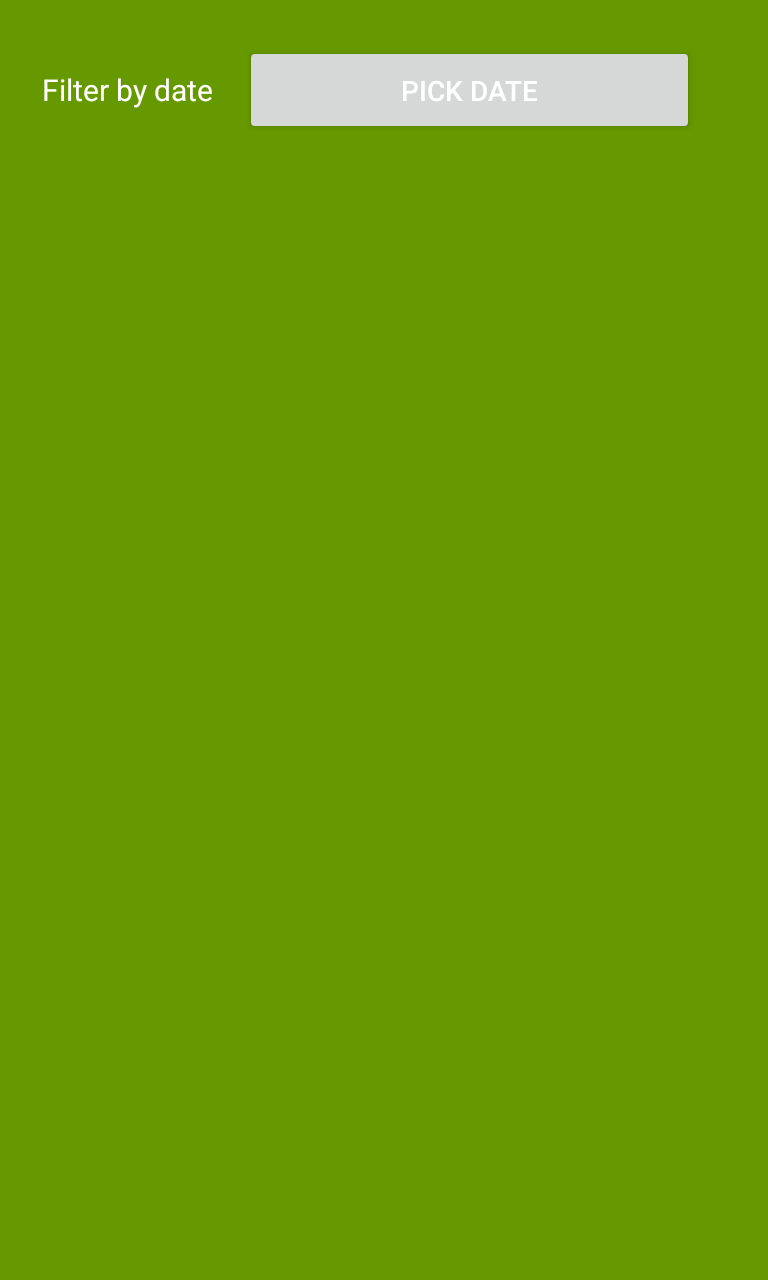
Repository: bwoldemi/LilyTrans
Layout: TransLily/res/layout/activity_my_post_rides.xml
The author's editor kept a copy of each file at every save. The layout is drawn from the files as they stood at one save, then again after the next save.
It is drawn on a 768 x 1280 px phone screen (xhdpi) without system bars, with theme AppTheme; the app's code is not run. Lists and similar views that code fills are empty.

Above is the layout before, as saved 2014-11-09 16:22:43.

After the next save:
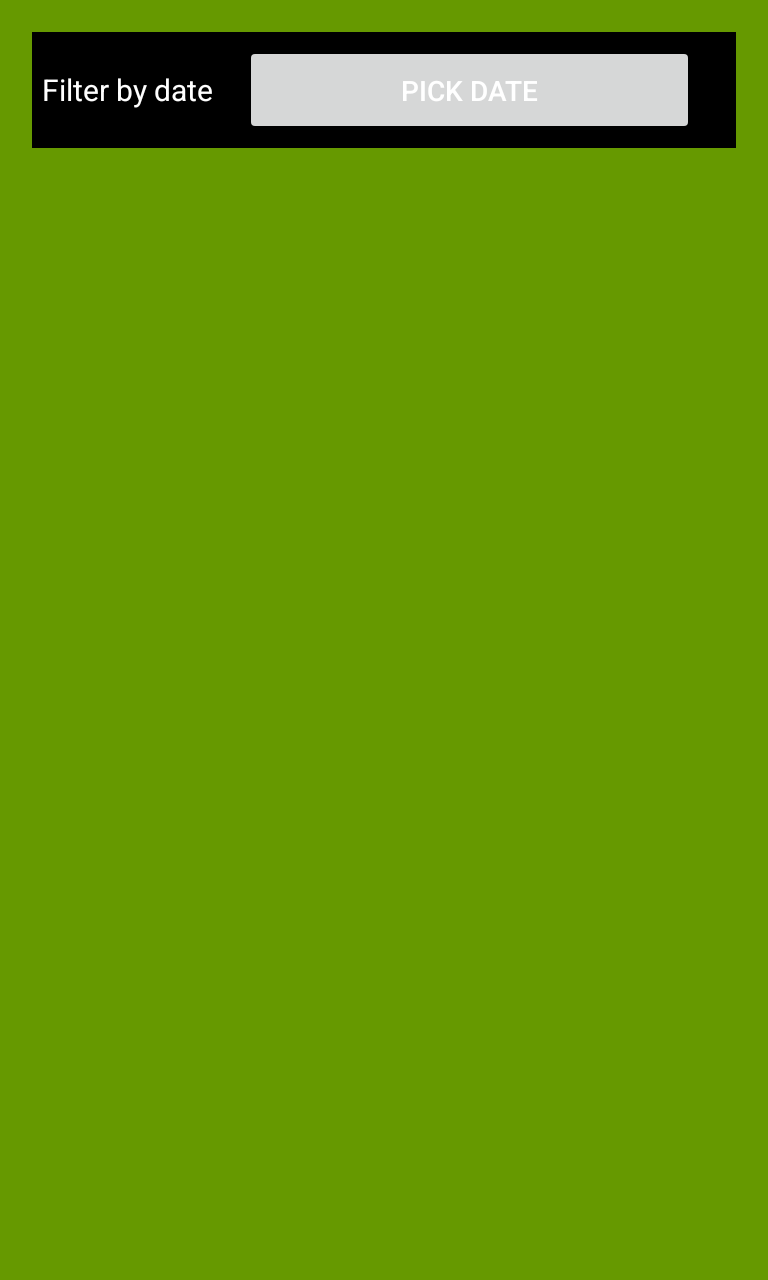
Saved 3 min 15 s later.
--- a/TransLily/res/layout/activity_my_post_rides.xml
+++ b/TransLily/res/layout/activity_my_post_rides.xml
@@ -15,6 +15,7 @@
         android:layout_width="fill_parent"
         android:layout_height="wrap_content"
         android:orientation="horizontal"
+        android:background="@color/background_filter_layout"
         android:padding="5sp">
 
         <TextView
